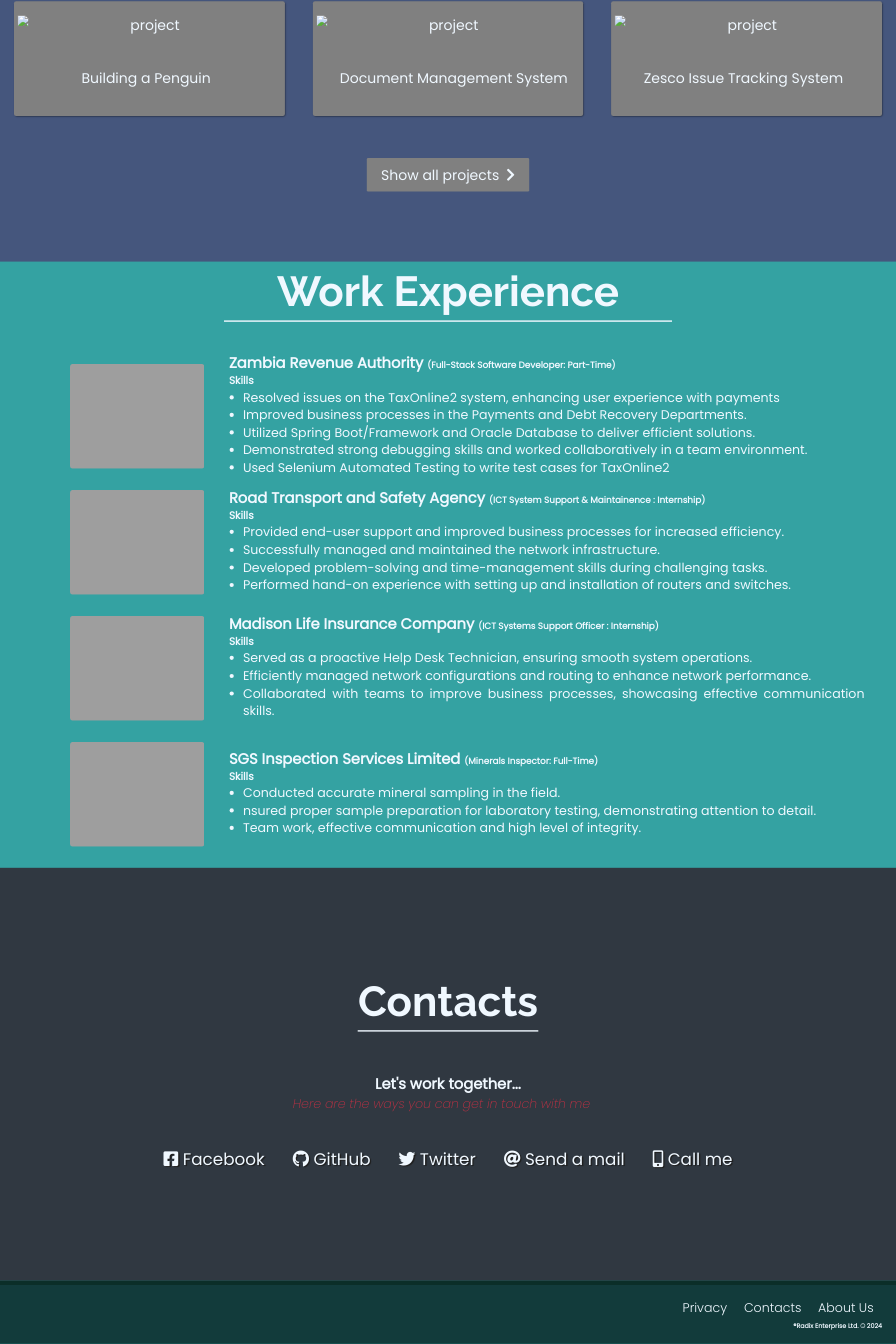
Repository: Lungdjos/personal_portifolio
Page: html/index.html
These files come from the project's save history. The page is drawn as it stood at one moment and after the next save; the edit follows.
The browser window is 1280 px wide. The pictures show the part of the page from y = 1224 to 3144 px (the page is 3144 px tall), at 70% of full size.
Pictures or frames that could not be fetched are drawn as grey boxes. Some web libraries are served in a nearby version.

Above is the page before, as saved 2024-02-04 02:36:36.

### html/index.html
<!DOCTYPE html>
<html lang="en">

<head>
    <meta charset="UTF-8">
    <meta name="viewport" content="width=device-width, initial-scale=1.0">
    <title>Personal Portifolio</title>
    <link rel="stylesheet" href="/css/styles.css">
    <link rel="stylesheet" href="https://use.fontawesome.com/releases/v5.8.2/css/all.css" integrity="sha384-oS3vJWv+0UjzBfQzYUhtDYW+Pj2yciDJxpsK1OYPAYjqT085Qq/1cq5FLXAZQ7Ay" crossorigin="anonymous">
    <link href="https://fonts.googleapis.com/css?family=Poppins:200i,300,400&amp;display=swap" rel="stylesheet">
    <link href="https://fonts.googleapis.com/css?family=Raleway:700&amp;display=swap" rel="stylesheet">
    <script src="edge-extension://ajdpfmkffanmkhejnopjppegokpogffp/assets/prompt.js"></script>
</head>

<body>
    <header class="header">
        <nav id="navbar">
            <ul class="nav-list">
                <li><a href="#welcome-section" class="nav-link"><i class=""></i>Home</a></li>
                <li>
                    <a href="#project-section" class="nav-link"> <i class=""></i>Projects</a>
                </li>
                <li>
                    <a href="#work-experience-section" class="nav-link"> <i class=""></i>Experience</a>
                </li>
                <li><a href="#contact-section" class="nav-link"><i class=""></i>Contacts</a></li>
            </ul>
        </nav>
    </header>
    <main class="m-3">
        <div id="spacer"></div>
        <section class="home" id="welcome-section">
            <div id="welcome-section">
                <h1 id="title">Hi there, I am Lungu</h1>
                <p id="sub-title"><span>a</span> <span>full-stack</span> <span>software</span> <span>developer</span></p>
            </div>
        </section>

        <div id="spacer"></div>
        <section class="project-section" id="project-section">
            <h1 id="project-heading" class="heading">Here are some Projects I have done</h1>

            <div class="project-grid">
                <a href="#" target="_blank" class="project project-title">
                    <img class="project-image" src="" alt="project">
                    <p class="project-title">
                        <span class="code">&lt;</span>Technical Document Page
                        <span class="code">/&gt;</span>
                    </p>
                </a>

                <a href="#" target="_blank" class="project project-title">
                    <img class="project-image" src="" alt="project">
                    <p class="project-title">
                        <span class="code">&lt;</span> Piano
                        <span class="code">/&gt;</span>
                    </p>
                </a>

                <a href="#" target="_blank" class="project project-title">
                    <img class="project-image" src="" alt="project">
                    <p class="project-title">
                        <span class="code">&lt;</span> Tribute Page
                        <span class="code">/&gt;</span>
                    </p>
                </a>

                <a href="#" target="_blank" class="project project-title">
                    <img class="project-image" src="" alt="project">
                    <p class="project-title">
                        <span class="code">&lt;</span> Building a Penguin
                        <span class="code">/&gt;</span>
                    </p>
                </a>

                <a href="#" target="_blank" class="project project-title">
                    <img class="project-image" src="" alt="project">
                    <p class="project-title">
                        <span class="code">&lt;</span> Document Management System
                        <span class="code">/&gt;</span>
                    </p>
                </a>

                <a href="#" target="_blank" class="project project-title">
                    <img class="project-image" src="" alt="project">
                    <p class="project-title">
                        <span class="code">&lt;</span> Zesco Issue Tracking System
                        <span class="code">/&gt;</span>
                    </p>
                </a>
            </div>

            <a href="#" class="btn btn-show-all" target="_blank">Show all projects<i class="fas fa-chevron-right"></i></a>
        </section>
        <div id="spacer"></div>
        <section class="work-exp-section" id="work-experience-section">
            <h1 class="heading work-exp-heading">Work Experience</h1>
            <div id="grid">
                <div id="icon"><img src="https://th.bing.com/th?id=OIP.rCZtK_dDgujHTn0u4EiHUwHaEX&w=325&h=191&c=8&rs=1&qlt=90&o=6&pid=3.1&rm=2" alt="icon"></div>
                <div class="experience">
                    <h3>Zambia Revenue Authority <small>(Full-Stack Software Developer: Part-Time)</small></h3>
                    <h5 class="skills">Skills</h5>
                    <p>
                        <ul>
                            <li>Resolved issues on the TaxOnline2 system, enhancing user experience with payments</li>
                            <li>Improved business processes in the Payments and Debt Recovery Departments.</li>
                            <li>Utilized Spring Boot/Framework and Oracle Database to deliver efficient solutions.</li>
                            <li>Demonstrated strong debugging skills and worked collaboratively in a team environment.</li>
                            <li>Used Selenium Automated Testing to write test cases for TaxOnline2</li>
                        </ul>
                    </p>
                </div>
            </div>

            <div id="grid">
                <div id="icon"><img src="https://th.bing.com/th?id=OIP.iDj6ErR_9QzKQiRz5T8xHQAAAA&w=158&h=159&c=8&rs=1&qlt=90&o=6&pid=3.1&rm=2" alt="icon"></div>
                <div class="experience">
                    <h3>Road Transport and Safety Agency <small>(ICT System Support & Maintainence : Internship)</small></h3>
                    <h5 class="skills">Skills</h5>
                    <p>
                        <ul>
                            <li>Provided end-user support and improved business processes for increased efficiency.</li>
                            <li>Successfully managed and maintained the network infrastructure.</li>
                            <li>Developed problem-solving and time-management skills during challenging tasks.</li>
                            <li>Performed hand-on experience with setting up and installation of routers and switches.</li>
                        </ul>
                    </p>
                </div>
            </div>

            <div id="grid">
                <div id="icon"><img src="https://th.bing.com/th?id=OIP.sgcljO8ZBHyturyXo14g8wAAAA&w=216&h=103&c=8&rs=1&qlt=90&o=6&pid=3.1&rm=2" alt="icon"></div>
                <div class="experience">
                    <h3>Madison Life Insurance Company <small>(ICT Systems Support Officer : Internship)</small></h3>
                    <h5 class="skills">Skills</h5>
                    <p>
                        <ul>
                            <li>Served as a proactive Help Desk Technician, ensuring smooth system operations.</li>
                            <li>Efficiently managed network configurations and routing to enhance network performance.</li>
                            <li>Collaborated with teams to improve business processes, showcasing effective communication skills.</li>
                        </ul>
                    </p>
                </div>
            </div>

            <div id="grid">
                <div id="icon"><img src="https://th.bing.com/th?id=OIP.TdyvCMy5NlyppvpqZwovrAHaE8&w=306&h=204&c=8&rs=1&qlt=90&o=6&pid=3.1&rm=2" alt="icon"></div>
                <div class="experience">
                    <div class="title-exp">
                        <h3>SGS Inspection Services Limited <small>(Minerals Inspector: Full-Time)</small></h3>
                        <code></code>
                    </div>

                    <h5 class="skills">Skills</h5>
                    <p>
                        <ul>
                            <li>Conducted accurate mineral sampling in the field.</li>
                            <li>nsured proper sample preparation for laboratory testing, demonstrating attention to detail.</li>
                            <li>Team work, effective communication and high level of integrity.</li>
                        </ul>
                    </p>
                </div>
            </div>
        </section>
        <div id="spacer"></div>
        <section class="contact-section" id="contact-section">
            <h1 class="heading contacts-heading">Contacts</h1>
            <div class="contact-section-header">
                <h3>Let's work together...</h3>
                <p>Here are the ways you can get in touch with me <i class="fa-duotone fa-phone"></i></p>
            </div>
            <div id="contact-links">
                <a href="https://facebook.com/freecodecamp" target="_blank" class="btn contact-details"><i class="fab fa-facebook-square"></i> Facebook</a>
                <a id="profile-link" href="https://github.com/freecodecamp" target="_blank" class="btn contact-details"><i class="fab fa-github"></i> GitHub</a>
                <a href="https://twitter.com/freecodecamp" target="_blank" class="btn contact-details"><i class="fab fa-twitter"></i> Twitter</a>
                <a href="mailto:example@example.com" class="btn contact-details"><i class="fas fa-at"></i> Send a mail</a>
                <a href="tel:555-555-5555" class="btn contact-details"><i class="fas fa-mobile-alt"></i> Call me</a>
            </div>
        </section>
    </main>
    <footer>
        <ul>
            <li><a href="">Privacy</a></li>
            <li><a href="">Contacts</a></li>
            <li><a href="">About Us</a></li>
        </ul>
        <span>&REG;Radix Enterprise Ltd. &copy; 2024</span>
    </footer>
</body>

</html>

### css/styles.css
/** STYLING FOR THE PORTIFOLIO **/


/* the root selector */

:root {
    /* colors */
    --col-1: aliceblue;
    --col-2: grey;
    --col-3: orangered;
    --col-4: #be3144;
    --bc-1: #34a2a2;
    --bc-2: #0b2e28;
    --bc-3: #123b3b;
    --bc-4: #45567d;
    --bc-5: #303841;
    /* values */
}


/* general stylings */

html {
    font-size: 62.5%;
    box-sizing: border-box;
    scroll-behavior: smooth;
}

* {
    margin: 0;
    padding: 0;
}


/* box-sizing and font sizing */

*,
*::before,
*::after {
    box-sizing: inherit;
}


/* body styling */

body {
    font-family: 'Poppins', sans-serif;
    font-size: 1.8rem;
    font-weight: 400;
    line-height: 1.4;
    color: var(--col-1);
    background-color: var(--bc-1);
}


/* headings styling */

h1,
h2 {
    font-family: 'Raleway', sans-serif;
    font-weight: 600;
    text-align: center;
}

h1 {
    font-size: 6rem;
}

h2 {
    font-size: 4.2rem;
}


/* List and anchor styling */

ul {
    list-style: none;
}

a {
    color: var(--col-1);
    text-decoration: none;
}

img {
    display: block;
    width: 100%;
}


/** NAVIGATION BAR */


/* nav bar styling */

nav {
    font-weight: 600;
}

.header {
    display: flex;
    justify-content: flex-end;
    position: fixed;
    top: 0;
    left: 0;
    width: 100%;
    box-shadow: 0 2px 0 rgba(0, 0, 0, 0.4);
    z-index: 10;
    background-color: var(--bc-2);
}

nav>ul {
    display: flex;
    margin-right: 2rem;
    text-transform: uppercase;
}

.nav-list a {
    display: block;
    font-size: 2.2rem;
    padding: 2rem;
}

.nav-list a:hover {
    background: var(--bc-4);
}

.nav-list a:visited {
    border-bottom: .2rem solid #ff6347;
}


/* body styling */

#spacer {
    max-width: 1000px;
    width: 100%;
    margin: 0 auto;
}

main li {
    list-style-type: disc;
}


/** HOME PAGE */


/* Styling or the Home Page */

.home {
    width: 100%;
    height: 100vh;
    display: flex;
    flex-direction: column;
    justify-content: center;
    align-items: center;
    background: inherit;
    background-image: linear-gradient(62deg, #3a3d40 0%, #181719 100%);
}

#welcome-section>p {
    font-size: 3rem;
    font-weight: 200;
    font-style: italic;
    color: #d0a;
}

#title {
    transform-origin: center;
    animation: rotateAndChangeColor 14s infinite ease-in-out;
}

#sub-title {
    text-indent: 10px;
}

#sub-title span {
    display: inline-block;
    animation: fallAnimation 4s infinite ease-in-out forwards;
}


/** PROJECTS */


/* styling for projects */

.project-section {
    text-align: center;
    padding: 10rem 2rem;
    background: var(--bc-4);
}

.heading {
    max-width: 640px;
    margin: 0 auto 6rem auto;
    border-bottom: .2rem solid var(--col-1);
}


/* grids */

.project-grid {
    display: grid;
    grid-template-columns: repeat(auto-fit, minmax(360px, 1fr));
    grid-gap: 4rem;
    width: 100%;
    max-width: 1280px;
    margin: 0 auto;
    margin-bottom: 6rem;
}


/* individual projects */

.project {
    background: var(--col-2);
    box-shadow: 1px 1px 2px rgba(0, 0, 0, 0.4);
    border-radius: 3px;
}

.code {
    color: var(--col-2);
    transition: color 0.3s ease-out;
}

.project:hover .code {
    color: var(--col-3);
}

.project-image {
    height: calc(100% - 6.8rem);
    width: 100%;
    object-fit: cover;
}

.project-title {
    font-size: 2rem;
    padding: 2rem 0.5rem;
}

.btn {
    display: inline-block;
    padding: 1rem 2rem;
    border-radius: 2px;
}

.btn-show-all {
    font-size: 2rem;
    background: var(--col-2);
    transition: background 0.3s ease-out;
}

.btn-show-all:hover {
    background: var(--col-3);
}

.btn-show-all:hover>i {
    transform: translateX(2px);
}

.btn-show-all>i {
    margin-left: 10px;
    transform: translateX(0);
    transition: transform 0.3s ease-out;
}


/** WORK EXPERIENCE */

#work-experience-section {
    justify-content: center;
}

.work-exp-section small {
    font-size: 60%;
}

#work-experience-section #icon {
    display: flex;
    flex-direction: column;
    justify-content: center;
    align-items: center;
}

#work-experience-section img {
    border-radius: 3%;
    height: 150px;
    width: 15vw;
    margin-right: 2rem;
}

#work-experience-section .experience {
    display: flex;
    flex-direction: column;
    justify-content: center;
    height: 125px;
    width: 80vw;
    padding: 5px;
    margin: 1rem;
}

#grid {
    display: flex;
    margin: 3rem;
    margin-left: 10rem;
}

.experience {
    text-align: justify;
}

.experience ul {
    padding-left: 2rem;
}

.skills {
    color: var(--col-1);
}


/** CONTACTS */

#contact-section {
    display: flex;
    flex-direction: column;
    justify-content: center;
    align-items: center;
    text-align: center;
    padding: 0 3rem;
    width: 100%;
    height: 82vh;
    background: var(--bc-5);
}

.contact-section-header>h2 {
    font-size: 6rem;
}

.contact-section-header>p {
    font-style: italic;
    color: var(--col-4);
}

#contact-links {
    display: flex;
    justify-content: center;
    width: 100%;
    max-width: 980px;
    margin-top: 4rem;
    flex-wrap: wrap;
}

.contact-details {
    font-size: 2.4rem;
    text-shadow: 2px 2px 1px #1f1f1f;
    transition: transform 0.3s ease-out;
}

.contact-details:hover {
    transform: translateY(10px);
    color: var(--col-4);
}


/** FOOTER */


/* footer styling */

footer {
    font-weight: 300;
    padding: 2rem;
    background-color: var(--bc-3);
    border-top: 6px solid var(--bc-2);
}

footer>ul {
    display: flex;
    justify-content: flex-end;
}

footer>ul>li {
    padding: 0 12px;
}

footer>span {
    display: flex;
    justify-content: flex-end;
    margin-top: 6px;
    font-size: .9rem;
    font-weight: bold;
}


/** ANIMATIONS AND EFFECTS */


/* Welcome Page Animations */

@keyframes rotateAndChangeColor {
    0% {
        transform: rotateY(0deg);
        color: #333;
    }
    30% {
        transform: rotateY(360deg);
        color: #2e604a;
    }
    60% {
        transform: rotate(0deg);
        color: #45567d;
    }
    90% {
        transform: rotate(360deg);
        color: #ff6347;
    }
}

@keyframes fallAnimation {
    0% {
        transform: translateY(-60px);
        opacity: 0;
    }
    50% {
        transform: translateY(-60px);
        opacity: 0.4;
    }
    100% {
        transform: translateY(0);
        opacity: 1;
    }
}


/** STYLING FOR SMALL DEVICES */


/* 1200px / 16px = 75em */

@media (max-width: 75em) {
    html {
        font-size: 60%;
    }
}


/* 980px / 16px = 61.25em */

@media (max-width: 61.25em) {
    html {
        font-size: 58%;
    }
}


/* 460px / 16px = 28.75em */

@media (max-width: 28.75em) {
    html {
        font-size: 55%;
    }
}


/** NAV-BAR */


/* nav bar media queries */

@media (max-width: 28.75em) {
    #navbar {
        justify-content: center;
    }
    .nav-list {
        margin: 0 1rem;
    }
}


/** PROJECTS */


/* projects media query */

@media (max-width: 28.75em) {
    #project-heading {
        font-size: 4rem;
    }
}

@media (max-width: 30.625em) {
    .project-section {
        padding: 6rem 1rem;
    }
    .project-grid {
        grid-template-columns: 1fr;
    }
}


/** WORK EXPERIENCE */

@media (max-width: 550px) {
    #work-experience-section #icon {
        display: none;
    }
}

@media (max-width: 550px) {
    #work-experience-section .experience {
        width: 100%;
        text-align: center;
        padding: 0;
        height: 150px;
    }
}

@media (max-width: 650px) {
    #work-experience-section {
        margin-top: 0;
    }
}


/** CONTACTS */

@media (max-width: 28.75em) {
    .contact-section-header>h2 {
        font-size: 4rem;
    }
}


/** FOOTER */


/* footer */

@media (max-width: 28.75em) {
    footer {
        flex-direction: column;
        text-align: center;
    }
}

After the next save:
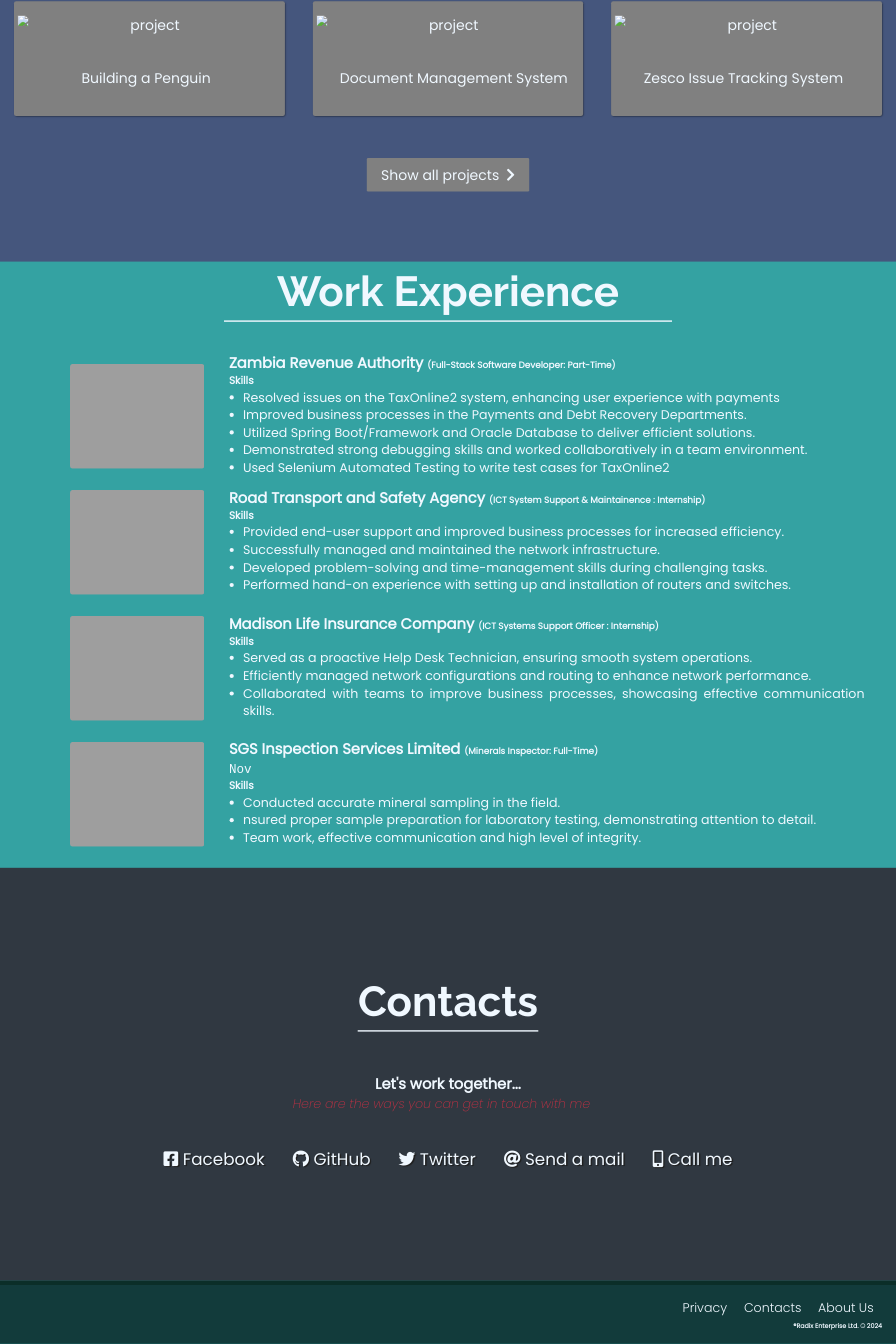
Saved 5 s later.
--- a/html/index.html
+++ b/html/index.html
@@ -148,7 +148,7 @@
                 <div class="experience">
                     <div class="title-exp">
                         <h3>SGS Inspection Services Limited <small>(Minerals Inspector: Full-Time)</small></h3>
-                        <code></code>
+                        <code>Nov</code>
                     </div>
 
                     <h5 class="skills">Skills</h5>
